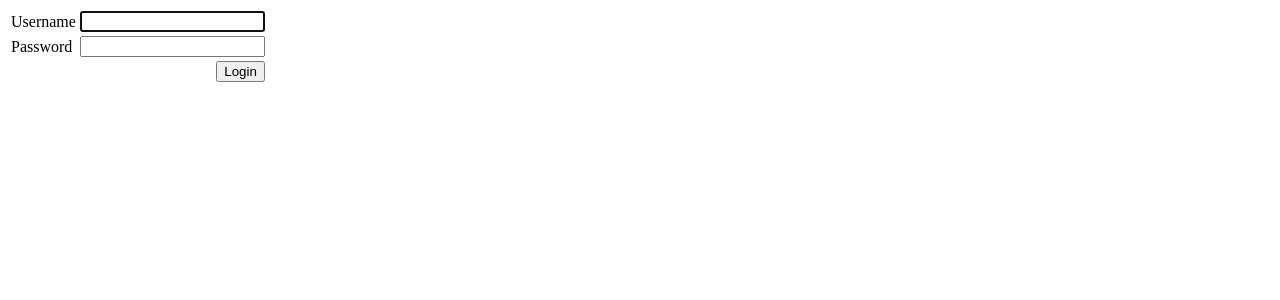
Repository: wawa-git/assa-devs
Page: old.metadata/.plugins/org.eclipse.core.resources/.projects/exts/WebContent/login.html
An editor plug-in stored every save of this project. The page is shown before and after the next save, followed by the edit.
The browser window is 1280 px wide. The pictures show the whole page.

Above is the page before, as saved 2011-01-09 17:14:53.

After the next save:
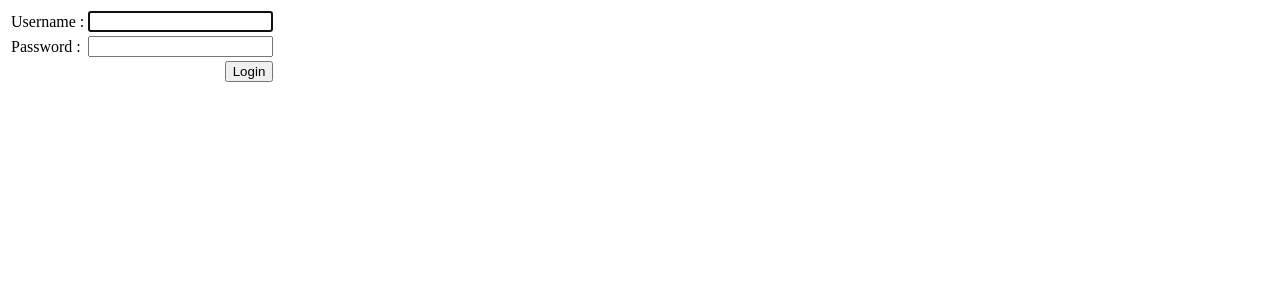
Saved 15 s later.
--- a/old.metadata/.plugins/org.eclipse.core.resources/.projects/exts/WebContent/login.html
+++ b/old.metadata/.plugins/org.eclipse.core.resources/.projects/exts/WebContent/login.html
@@ -9,8 +9,8 @@
 
 <form id="loginForm" name="loginForm" action="j_spring_security_check" method="post">
         <table>
-          <tr><td>Username</td><td><input id="usernameField" type="text" name="j_username"/></td></tr>
-          <tr><td>Password</td><td><input id="passwordField" type="password" name="j_password" /></td></tr>
+          <tr><td>Username : </td><td><input id="usernameField" type="text" name="j_username"/></td></tr>
+          <tr><td>Password : </td><td><input id="passwordField" type="password" name="j_password" /></td></tr>
 
           <tr><td colspan="2" align="right"><input type="submit" value="Login" /></td></tr>
         </table>
